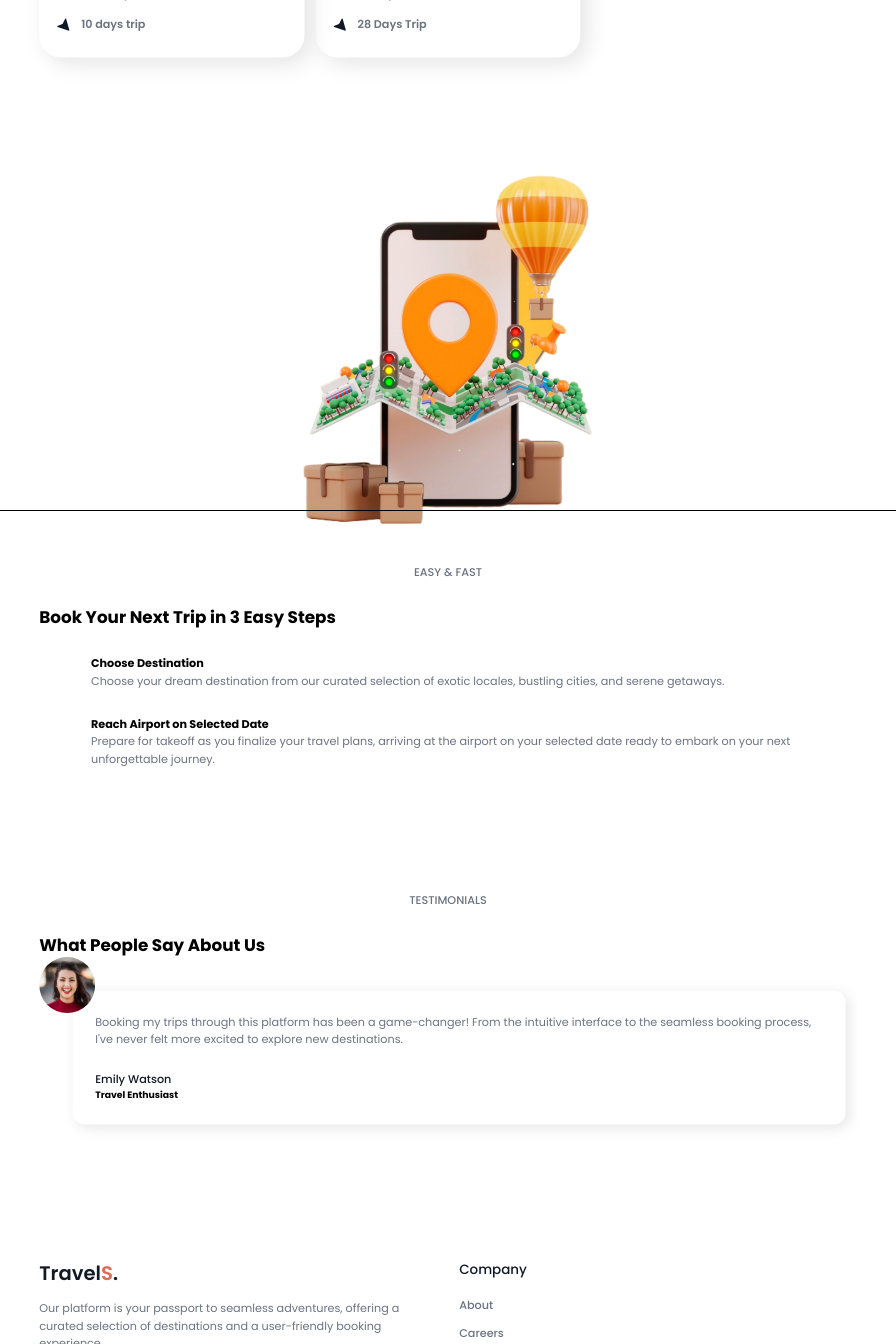
Repository: ntandomagana/travel-website
Page: index.html
These files come from the project's save history. The page is drawn as it stood at one moment and after a run of saves; the edit follows.
The browser window is 1280 px wide. The pictures show the part of the page from y = 2176 to 4096 px (the page is 4459 px tall before and 4119 px after), at 70% of full size.

Above is the page before, as saved 2024-05-07 14:39:00.

### index.html
<!DOCTYPE html>
<html lang="en">
  <head>
    <meta charset="UTF-8" />
    <meta name="viewport" content="width=device-width, initial-scale=1.0" />
    <link
      href="https://cdn.jsdelivr.net/npm/remixicon@4.2.0/fonts/remixicon.css"
      rel="stylesheet"
    />
    <link
      rel="stylesheet"
      href="https://cdn.jsdelivr.net/npm/swiper@11/swiper-bundle.min.css"
    />
    <link rel="stylesheet" href="style.css" />
    <link rel="stylesheet" href="mediaqueries.css" />
    <title>Travel Website</title>
  </head>
  <body>
    <nav>
      <div class="nav-header">
        <div class="logo">
          <a href="#" class="logo">Travel<span>S</span>.</a>
        </div>
        <div class="nav-menu-btn" id="menu-btn">
          <i class="ri-menu-line"></i>
        </div>
      </div>

      <ul class="nav-links" id="nav-links">
        <li><a href="#home">Home</a></li>
        <li><a href="#service">Services</a></li>
        <li><a href="#destination">Destinations</a></li>
        <li><a href="#trips">Trips</a></li>
        <li><a href="#client">Clients</a></li>
      </ul>
    </nav>

    <header class="section-container header-container" id="home">
      <div class="header-image">
        <img src="assets/header.png" alt="header" />
      </div>
      <div class="header-content">
        <h3 class="section-subheader">BEST DESTINATIONS AROUND THE WORLD</h3>
        <h1>Travel, enjoy and live a new full life</h1>
        <p>
          It's an invitation to break free from the ordinary, immerse yourself
          in diverse cultures, and embrace the beauty of the world around you.
          Let every journey be a chapter in your story of living life to its
          fullest potential.
        </p>
        <div class="header-btns">
          <button class="btn">Find out more</button>
          <a href="#">
            <span><i class="ri-play-fill"></i></span>
            Play Demo
          </a>
        </div>
      </div>
    </header>

    <section class="section-container service-container" id="service">
      <h3 class="section-subheader">CATEGORY</h3>
      <h2 class="section-header">We Offer Best Services</h2>
      <div class="service-grid">
        <div class="service-card">
          <img src="assets/weather.png" alt="service" />
          <h4>Calculated Weather</h4>
          <p>
            Stay ahead of your travels with precise weather forecasts tailored
            to your destination's conditions.
          </p>
        </div>
        <div class="service-card">
          <img src="assets/customisation.png" alt="service" />
          <h4>Customizations</h4>
          <p>
            Tailor your journey with personalized customizations, ensuring every
            detail reflects your unique travel style.
          </p>
        </div>
      </div>
    </section>

    <section class="section-container destination-container" id="destination">
      <h3 class="section-subheader">TOP SELLING</h3>
      <h2 class="section-header">Top Destinations</h2>
      <div class="destination-grid">
        <div class="destination-card">
          <img src="assets/destination-1.jpg" alt="destination" />
          <div class="destination-details">
            <div>
              <h4>Rome, Italy</h4>
              <h4>$5.42k</h4>
            </div>
            <p>
              <span><i class="ri-navigation-fill"></i></span>
              10 days trip
            </p>
          </div>
        </div>
        <div class="destination-card">
          <img src="assets/destination-3.jpg" alt="destination" />
          <div class="destination-details">
            <div>
              <h4>Full Europe</h4>
              <h4>$15k</h4>
            </div>
            <p>
              <span><i class="ri-navigation-fill"></i></span>
              28 Days Trip
            </p>
          </div>
        </div>
      </div>
    </section>

    <section class="section-container trip-container" id="trip">
      <div class="trip-image">
        <img src="assets/trip.png" />
      </div>
      <div class="trip-content">
        <h3 class="section-subheader">EASY & FAST</h3>
        <h2 class="section-header">Book Your Next Trip in 3 Easy Steps</h2>
        <ul class="trip-list">
          <li>
            <span><i class="ri-signpost-line"></i></span>
            <div>
              <h4>Choose Destination</h4>
              <p>
                Choose your dream destination from our curated selection of
                exotic locales, bustling cities, and serene getaways.
              </p>
            </div>
          </li>

          <li>
            <span><i class="ri-secure-payment-line"></i></span>
            <div>
              <h4>Reach Airport on Selected Date</h4>
              <p>
                Prepare for takeoff as you finalize your travel plans, arriving
                at the airport on your selected date ready to embark on your
                next unforgettable journey.
              </p>
            </div>
          </li>
        </ul>
      </div>
    </section>

    <section class="section-container clinet-container" id="client">
      <div class="client-content">
        <h3 class="section-subheader">TESTIMONIALS</h3>
        <h2 class="section-header">What People Say About Us</h2>
      </div>
      <div class="client-swiper">
        <!--Slider main container-->
        <div class="swiper">
          <!--Additional required wrapper-->
          <div class="swiper-wrapper">
            <!--Slides-->
            <div class="swiper-slide">
              <div class="client-card">
                <img src="assets/client-1.jpg" alt="client" />
                <div class="client-card-content">
                  <p>
                    Booking my trips through this platform has been a
                    game-changer! From the intuitive interface to the seamless
                    booking process, I've never felt more excited to explore new
                    destinations.
                  </p>
                  <h4>Emily Watson</h4>
                  <h5>Travel Enthusiast</h5>
                </div>
              </div>
            </div>
            <div class="swiper-slide">
              <div class="client-card">
                <img src="assets/client-2.jpg" alt="client" />
                <div class="client-card-content">
                  <p>
                    As a busy professional, time is of the essence. This website
                    made planning my vacation a breeze, allowing me to focus on
                    what matters most: making memories with my family.
                  </p>
                  <h4>David Nguyen</h4>
                  <h5>Business Executive</h5>
                </div>
              </div>
            </div>

            <div class="swiper-slide">
              <div class="client-card">
                <img src="assets/client-3.jpg" alt="client" />
                <div class="client-card-content">
                  <p>
                    I've been using this service for years, and it never
                    disappoints. The convenience of booking my flights,
                    accommodations, and activities all in one place saves me
                    time and stress every trip.
                  </p>
                  <h4>Michael Johnson</h4>
                  <h5>Frequent Flyer</h5>
                </div>
              </div>
            </div>
          </div>
        </div>
      </div>
    </section>

    <footer class="footer">
      <div class="section-container footer-container">
        <div class="footer-col">
          <div class="footer-logo">
            <a href="#" class="logo">Travel<span>S</span>.</a>
          </div>
          <p>
            Our platform is your passport to seamless adventures, offering a
            curated selection of destinations and a user-friendly booking
            experience.
          </p>
        </div>
        <div class="footer-col">
            <h4>Company</h4>
            <ul class="footer-links">
                <li><a href="#">About</a></li>
                <li><a href="#">Careers</a></li>
                <li><a href="#">Mobile</a></li>
            </ul>
        </div>
        <div class="footer-col">
          <h4>Contact</h4>
          <ul class="footer-links">
            <li><a href="#">Help/FAQ</a></li>
            <li><a href="#">Press</a></li>
            <li><a href="#">Affiliates</a></li>
          </ul>
        </div>
        <div class="footer-col">
          <ul class="footer-socials">
            <li>
              <a href="#"><i class="ri-facebook-fill"></i></a>
            </li>
            <li>
              <a href="#"><i class="ri-instagram-line"></i></a>
            </li>
            <li>
              <a href="#"><i class="ri-twitter-fill"></i></a>
            </li>
          </ul>
          <h5>Discover our app</h5>
          <div class="footer-discover">
            <a href="#"><img src="assets/google-play.jpg" alt="discover" /></a>
            <a href="#"><img src="assets/app-store.jpg" alt="discover" /></a>
          </div>
        </div>
      </div>
      <div class="footer-bar">
        Copyright © 2024 TravelS. All rights reserved.
      </div>
    </footer>

    <script src="https://unpkg.com/scrollreveal"></script>
    <script src="https://cdn.jsdelivr.net/npm/swiper@11/swiper-bundle.min.js"></script>
    <script src="main.js"></script>

      </div>

    </footer>
  </body>
</html>

### style.css
@import url("https://fonts.googleapis.com/css2?family=Poppins:ital,wght@0,100;0,200;0,300;0,400;0,500;0,600;0,700;0,800;0,900;1,100;1,200;1,300;1,400;1,500;1,600;1,700;1,800;1,900&display=swap");

:root {
  --primary-color: #e06951;
  --text-dark: #111827;
  --text-light: #6b7280;
  --white: #ffffff;
  --max-width: 1200px;
}

* {
  padding: 0;
  margin: 0;
  box-sizing: border-box;
}

html,
body {
  scroll-behavior: smooth;
}

body {
  font-family: "Poppins", sans-serif;
  background-image: url(assets/header-bg.png);
  background-size: contain;
  background-position: top center;
  background-repeat: no-repeat;
}

nav {
  position: fixed;
  isolation: isolate;
  width: 100%;
  max-width: var(--max-width);
  margin-inline: auto;
  z-index: 9;
}

.nav-header {
  padding: 1rem;
  width: 100%;
  display: flex;
  align-items: center;
  justify-content: space-between;
  background-color: var(--text-dark);
}

.nav-header .logo {
  color: var(--white);
}

.nav-menu-btn {
  font-size: 1rem;
  color: var(--white);
  cursor: pointer;
}

.nav-links {
  position: absolute;
  top: 65px;
  left: 0;
  width: 100%;
  list-style: none;
  display: flex;
  align-items: center;
  justify-content: center;
  flex-direction: column;
  gap: 2rem;
  padding: 2rem;
  background-color: var(--text-dark);
  transition: 0.5s;
  z-index: -1;
  transform: translateY(-100%);
}

.nav-links.open {
  transform: translateY(0);
}

.nav-links a {
  font-weight: 500;
  white-space: nowrap;
  color: var(--white);
}

.nav-links a:hover {
  color: var(--primary-color);
}

.section-container {
  max-width: var(--max-width);
  margin: auto;
  padding: 5rem 1rem;
}

.section-subheader {
  margin-bottom: 1rem;
  font-size: 1rem;
  font-weight: 500;
  line-height: 3.75rem;
  color: var(--text-light);
  text-align: center;
}

.logo {
  font-size: 1.75rem;
  font-weight: 600;
  color: var(--text-dark);
}

.logo span {
  color: var(--primary-color);
}

img {
  display: flex;
  width: 100%;
}

a {
  text-decoration: none;
  transition: 0.4s;
}

ul {
  list-style: none;
}

.header-container {
  display: grid;
  gap: 2rem;
  overflow: hidden;
}

.header-image img {
  max-width: 550px;
  margin-inline: auto;
}

.header-content .section-subheader {
  font-size: 1.2rem;
  color: var(--primary-color);
}

.header-content h1 {
  margin-bottom: 1rem;
  font-size: 4.75rem;
  font-weight: 500;
  line-height: 5.5rem;
  color: var(--text-dark);
  text-align: center;
}

.header-content p {
  margin-bottom: 2rem;
  line-height: 2rem;
  color: var(--text-light);
  text-align: center;
}

.header-btns {
  display: flex;
  align-items: center;
  justify-content: center;
  gap: 2rem;
}

.header-btns .btn {
  padding: 1rem 1.5rem;
  outline: none;
  border: none;
  font-size: 1rem;
  color: var(--white);
  background-color: #f1a501;
  border-radius: 5px;
  box-shadow: 2px 2px 20px rgba(241, 165, 1, 0.5);
  cursor: pointer;
}

.header-btns a {
  display: flex;
  align-items: center;
  gap: 1rem;
  font-size: 1rem;
  font-weight: 500;
  color: var(--text-light);
  transition: 0.3s;
}

.header-btns a:hover {
  color: var(--text-dark);
}

.header-btns a span {
  padding: 6px 12px;
  font-size: 1.5rem;
  color: var(--white);
  background-color: var(--primary-color);
  box-shadow: 2px 2px 20px rgba(224, 105, 81, 0.5);
  border-radius: 100%;
}

.service-grid {
  margin-top: 4rem;
  display: grid;
  gap: 1rem;
}

.service-card {
  padding: 2rem 1rem;
  text-align: center;
  border-radius: 2rem;
  transition: 0.3s;
}

.service-card:hover {
  box-shadow: 10px 10px 30px rgba(0, 0, 0, 0.1);
}

.service-card img {
  margin-bottom: 2rem;
  max-width: 60px;
  margin-inline: auto;
}

.service-card h4 {
  margin-bottom: 1rem;
  font-size: 1.2rem;
  font-weight: 600;
  color: var(--text-dark);
}

.service__card p {
  color: var(--text-light);
}

.destination-grid {
  margin-top: 4rem;
  display: grid;
  gap: 1rem;
}

.destination-card {
  border-radius: 2rem;
  overflow: hidden;
  box-shadow: 10px 10px 30px rgba(0, 0, 0, 0.1);
}

.destination-details {
  padding: 1rem 1.5rem;
}

.destination-details > div {
  margin-bottom: 1rem;
  display: flex;
  align-items: center;
  justify-content: space-between;
  gap: 1rem;
}

.destination-details h4 {
  font-size: 1.2rem;
  font-weight: 500;
  color: var(--text-light);
}

.destination-details p {
  margin-bottom: 1rem;
  display: flex;
  align-items: center;
  font-weight: 600;
  gap: 1rem;
  color: var(--text-light);
}

.destination-details p span {
  font-size: 1.25rem;
  color: var(--text-dark);
  transform: rotate(180deg);
}

.trip-container {
  display: grid;
  gap: 2rem;
  overflow: hidden;
}

.trip-image img {
  max-width: 425px;
  margin-inline: auto;
}

.trip-list {
  list-style: none;
  margin-top: 2rem;
  display: grid;
  gap: 2rem;
}

.trip-list li {
  display: flex;
  align-items: center;
  gap: 1rem;
}

.trip-list li span {
  padding: 8px 15px;
  font-size: 1.75rem;
  color: var(--white);
  border-radius: 1rem;
}

.trip__list li:nth-child(1) span {
  background-color: #f0bb1f;
}

.trip__list li:nth-child(2) span {
  background-color: #f15a2b;
}

.trip__list li:nth-child(3) span {
  background-color: #006380;
}

.trip-list p {
  color: var(--text-light);
}

.client-container {
  padding-bottom: 3rem;
  display: grid;
  gap: 2rem 4rem;
}

.swiper {
  width: 100%;
}

.swiper-slide {
  height: auto !important;
}

.client-card {
  position: relative;
  isolation: isolate;
  padding-block: 3rem 2rem;
  padding-inline: 3rem 1rem;
}

.client-card img {
  position: absolute;
  top: 0;
  left: 0;
  max-width: 80px;
  border-radius: 100%;
}

.client-card-content {
  padding: 2rem;
  border-radius: 1rem;
  box-shadow: 5px 5px 20px rgba(0, 0, 0, 0.1);
}

.client-card-content p {
  margin-bottom: 2rem;
  color: var(--text-light);
}

.client-card-content h4 {
  font-size: 1rem;
  font-weight: 500;
  color: var(--text-dark);
}

.client__card__content h5 {
  font-size: 1rem;
  font-weight: 500;
  color: var(--text-light);
}

.footer-container {
  display: grid;
  gap: 2rem;
}

.footer-col p {
  margin-top: 1rem;
  color: var(--text-light);
}

.footer-col h4 {
  margin-bottom: 1.5rem;
  font-size: 1.2rem;
  font-weight: 500;
  color: var(--text-dark);
}

.footer-links {
    display: grid;
    gap: 1rem;
}

.footer-links a {
    font-weight: 500;
    color: var(--text-light);

}

.footer-links a:hover {
    color: var(--primary-color);
}

.footer-socials {
    margin-bottom: 2rem;
    display: flex;
    align-items: center;
    justify-content: center;
    gap: 1rem;
}

.footer-socials a {
    padding: 8px 12px;
    font-size: 1.25rem;
    color: var(--text-dark);
    border-radius: 100%;
    box-shadow: 5px 5px 20px rgba(0, 0, 0, 0.1);
}

.footer-socials a:hover {
    color: var(--white);
    background-color: var(--primary-color);
}
.footer-col h5 {
    margin-bottom: 1rem;
    font-size: 1.1rem;
    font-weight: 500;
    color: var(--text-light);
}


.footer-discover {
    display: flex;
    align-items: center;
    justify-content: center;
    gap: 1rem;
}

.footer-discover img {
    max-width: 120px;
    border-radius: 1rem;
}

.footer-bar {
    padding: 1rem;
    font-size: 0.9rem;
    color: var(--text-light);
    text-align: center;

}

### mediaqueries.css
@media (width > 540px) {
    .service-grid{
        grid-template-columns: repeat(2, 1fr);
    }

    .destination-grid {
        grid-template-columns: repeat(2, 1fr);
    }

    .footer-container {
        grid-template-columns: repeat(2, 1fr);
    }

    .footer-col:nth-child(4) {
        grid-area: 2/1/3/2;
    }
}

@media (width > 768px) {
    nav {
        position: static;
        padding-block: 2rem 0;
        padding-inline: 1rem;
        display: flex;
        align-items: center;
        justify-content: space-between;
        gap: 2rem;
    }

    .nav-header {
        padding: 0;
        background-color: transparent;
    }

    .nav-logo .logo {
        color: var(--text-dark);
    }

    .nav-menu-btn {
        display: none;
    }

    .nav-links {
        position: static;
        padding: 0;
        flex-direction: row;
        justify-content: fix-end;
        gap: 4rem;
        background-color: transparent;
        transform: none;
    }

    .nav-links a {
        color: var(--text-dark);
    }

    .header-container {
        grid-template-columns: repeat(2, 1fr);
        align-items: center;
    }

    .header-image {
        grid-area: 1/2/3;
    }

    .header-content :is(.section-subheader, h1, p) {
        text-align: left;
    }

    .header-btns {
        justify-content: flex-start;
    }

    .service-grid {
        grid-template-columns: repeat(4, 1fr);
    }

    .destination-grid {
        grid-template-columns: repeat(3, 1fr);
    }

    .trip-container {

    }
}

Loaded but not shown: main.js (no copy from this time; the picture is the same without it)

After the next 2 saves:
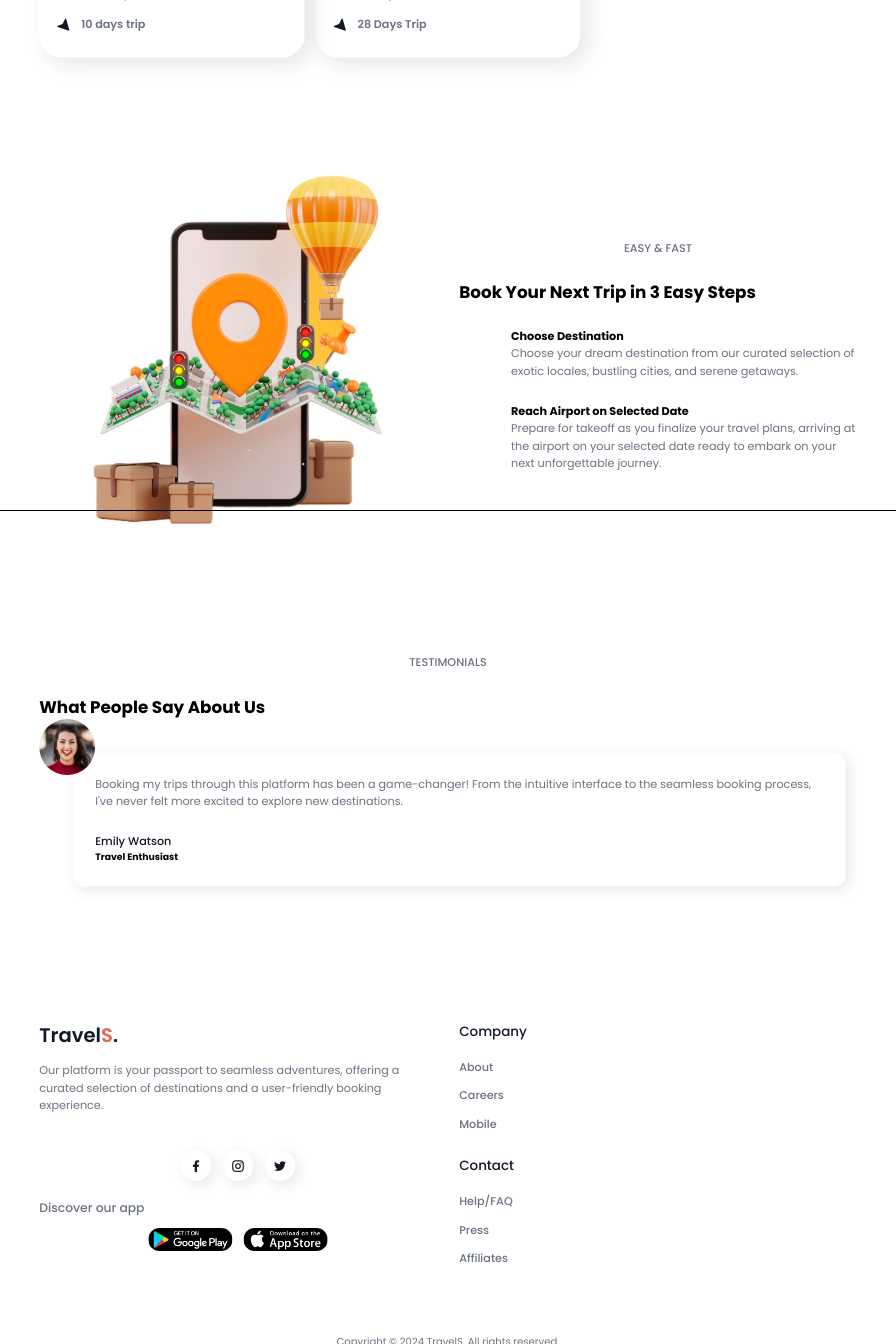
The 2 saves are shown as one change because they came seconds apart.
The last was saved 11 s later.
--- a/mediaqueries.css
+++ b/mediaqueries.css
@@ -1,85 +1,86 @@
 @media (width > 540px) {
-    .service-grid{
-        grid-template-columns: repeat(2, 1fr);
-    }
+  .service-grid {
+    grid-template-columns: repeat(2, 1fr);
+  }
 
-    .destination-grid {
-        grid-template-columns: repeat(2, 1fr);
-    }
+  .destination-grid {
+    grid-template-columns: repeat(2, 1fr);
+  }
 
-    .footer-container {
-        grid-template-columns: repeat(2, 1fr);
-    }
+  .footer-container {
+    grid-template-columns: repeat(2, 1fr);
+  }
 
-    .footer-col:nth-child(4) {
-        grid-area: 2/1/3/2;
-    }
+  .footer-col:nth-child(4) {
+    grid-area: 2/1/3/2;
+  }
 }
 
 @media (width > 768px) {
-    nav {
-        position: static;
-        padding-block: 2rem 0;
-        padding-inline: 1rem;
-        display: flex;
-        align-items: center;
-        justify-content: space-between;
-        gap: 2rem;
-    }
+  nav {
+    position: static;
+    padding-block: 2rem 0;
+    padding-inline: 1rem;
+    display: flex;
+    align-items: center;
+    justify-content: space-between;
+    gap: 2rem;
+  }
 
-    .nav-header {
-        padding: 0;
-        background-color: transparent;
-    }
+  .nav-header {
+    padding: 0;
+    background-color: transparent;
+  }
 
-    .nav-logo .logo {
-        color: var(--text-dark);
-    }
+  .nav-logo .logo {
+    color: var(--text-dark);
+  }
 
-    .nav-menu-btn {
-        display: none;
-    }
+  .nav-menu-btn {
+    display: none;
+  }
 
-    .nav-links {
-        position: static;
-        padding: 0;
-        flex-direction: row;
-        justify-content: fix-end;
-        gap: 4rem;
-        background-color: transparent;
-        transform: none;
-    }
+  .nav-links {
+    position: static;
+    padding: 0;
+    flex-direction: row;
+    justify-content: fix-end;
+    gap: 4rem;
+    background-color: transparent;
+    transform: none;
+  }
 
-    .nav-links a {
-        color: var(--text-dark);
-    }
+  .nav-links a {
+    color: var(--text-dark);
+  }
 
-    .header-container {
-        grid-template-columns: repeat(2, 1fr);
-        align-items: center;
-    }
+  .header-container {
+    grid-template-columns: repeat(2, 1fr);
+    align-items: center;
+  }
 
-    .header-image {
-        grid-area: 1/2/3;
-    }
+  .header-image {
+    grid-area: 1/2/3;
+  }
 
-    .header-content :is(.section-subheader, h1, p) {
-        text-align: left;
-    }
+  .header-content :is(.section-subheader, h1, p) {
+    text-align: left;
+  }
 
-    .header-btns {
-        justify-content: flex-start;
-    }
+  .header-btns {
+    justify-content: flex-start;
+  }
 
-    .service-grid {
-        grid-template-columns: repeat(4, 1fr);
-    }
+  .service-grid {
+    grid-template-columns: repeat(4, 1fr);
+  }
 
-    .destination-grid {
-        grid-template-columns: repeat(3, 1fr);
-    }
+  .destination-grid {
+    grid-template-columns: repeat(3, 1fr);
+  }
 
-    .trip-container {
-
-    }
+  .trip-container {
+    grid-template-columns: repeat(2, 1fr);
+    align-items: center;
+  }
 }
